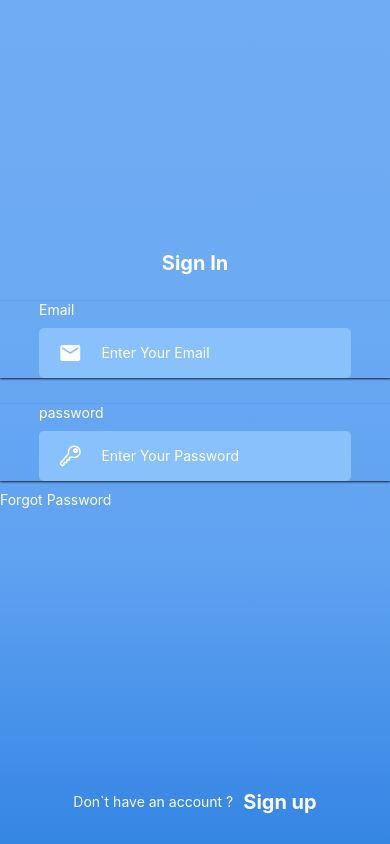
Repository: kamarajcalm/loginpage
Screen: /
These files come from the project's save history. The screen is drawn as it stood at one moment and after the next save; the edit follows.
The app was drawn by React Native's web renderer in a window 390 px wide. The project was rebuilt for these pictures with package versions that can differ from the ones it lists, and the page was loaded fresh each time.

Above is the screen before, as saved 2021-12-26 00:16:04.

After the next save:
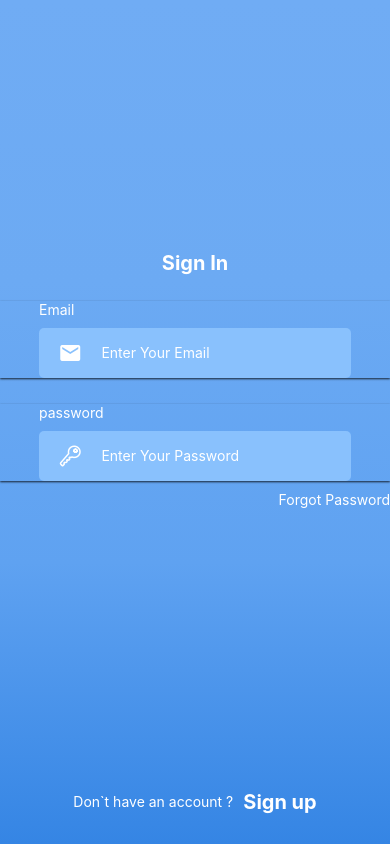
Saved 9 s later.
--- a/App.js
+++ b/App.js
@@ -63,7 +63,7 @@ export default function App() {
           </View>
         </View>
 
-        <View style={{ marginTop: 10 }}>
+        <View style={{ marginTop: 10, alignSelf: "flex-end" }}>
           <TouchableOpacity>
             <Text style={[styles.text]}>Forgot Password</Text>
           </TouchableOpacity>
